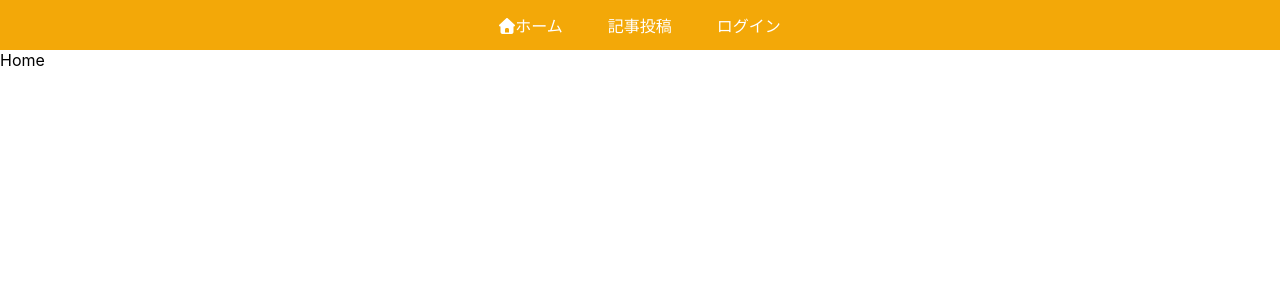
Repository: kusabi-19/keiziban
Page: /
The author's editor kept a copy of each file at every save. The page is drawn from the files as they stood at one save, then again after the next save.
The browser window is 1280 px wide. The pictures show the whole page.
The project was rebuilt for these pictures with package versions that can differ from the ones it lists, and the page was loaded fresh each time. Also part of the build but not shown: src/App.css, src/components/CreatePost.js, src/firebase.js, src/components/Login.js, src/components/Logout.js.

Above is the page before, as saved 2025-05-16 08:37:30.

### src/App.js
import './App.css';
import {BrowserRouter as Router,  Routes , Route ,Link} from "react-router-dom"
import Home from './components/Home';
import CreatePost from './components/CreatePost';
import Login from './components/Login';
import Logout from './components/Logout';
import Navbar from './components/Navbar';

function App() {
  return (
    <Router>
      <Navbar />
      <Routes>
        <Route path="/" element={<Home />}></Route>
        <Route path="/createpost" element={<CreatePost />}></Route>
        <Route path="/login" element={<Login />}></Route>
        <Route path="/logout" element={<Logout />}></Route>
      </Routes>
    </Router>
  );
}

export default App;

### src/components/Navbar.js
import React from 'react'
import { Link } from 'react-router-dom'
import "./Navbar.css"
import { FontAwesomeIcon } from '@fortawesome/react-fontawesome'
import { faHouse ,faFilePen , faArrowRightToBracket } from '@fortawesome/free-solid-svg-icons'

const Navbar = () => {
  return (
    <nav>
      <Link to="/"><FontAwesomeIcon icon={faHouse} />ホーム</Link>
      <Link to="/createpost">記事投稿</Link>
      <Link to="/login">ログイン</Link>
    </nav>
  )
}

export default Navbar

### src/components/Navbar.css
nav {
  display: flex;
  justify-content: center;
  align-items: center;
  height: 50px;
  gap: 45px;
  background-color: rgb(243, 168, 8);
}

nav a{
  text-decoration: none;
  color: #ffffff;
  transition: all .3s;
}

nav a:hover{
  color: cadetblue;
}

Loaded but not shown: public/index.html (common file); src/index.js (common file); src/index.css (common file); src/components/Home.js (common file)

After the next save:
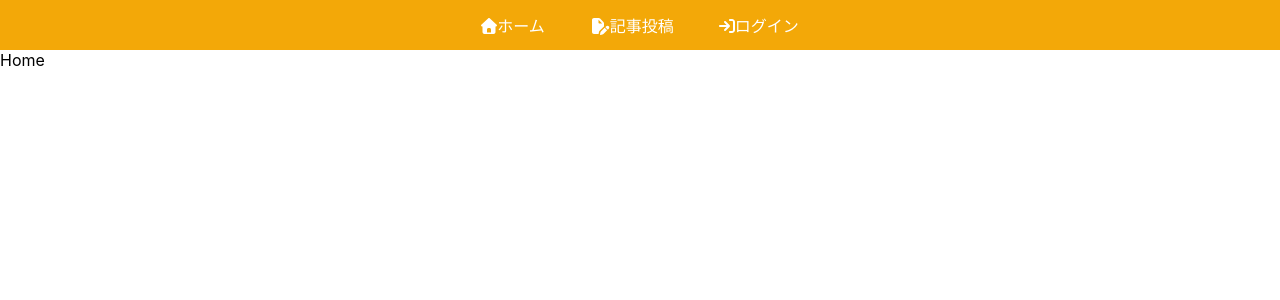
Saved 12 s later.
--- a/src/components/Navbar.js
+++ b/src/components/Navbar.js
@@ -8,8 +8,8 @@ const Navbar = () => {
   return (
     <nav>
       <Link to="/"><FontAwesomeIcon icon={faHouse} />ホーム</Link>
-      <Link to="/createpost">記事投稿</Link>
-      <Link to="/login">ログイン</Link>
+      <Link to="/createpost"><FontAwesomeIcon icon={faFilePen} />記事投稿</Link>
+      <Link to="/login"><FontAwesomeIcon icon={faArrowRightToBracket} />ログイン</Link>
     </nav>
   )
 }
